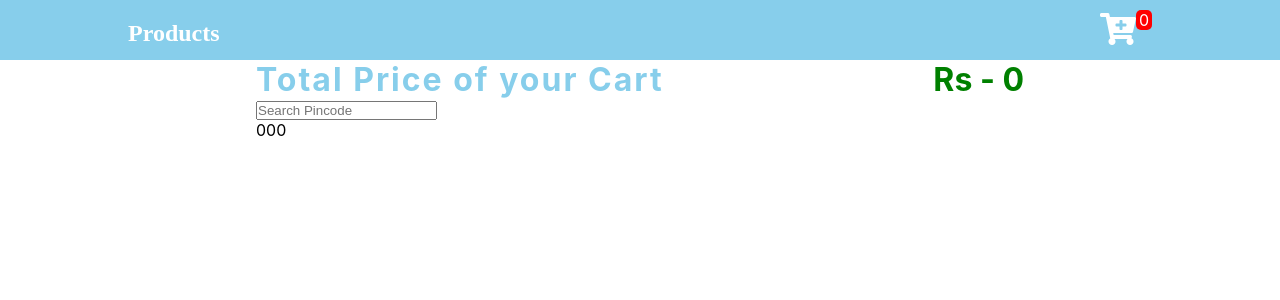
Repository: Imprasna/react-ecommerce
Page: /, after clicking the first element matching `div.cart`
These files come from the project's save history. The page is drawn as it stood at one moment and after a run of saves; the edit follows.
The browser window is 1280 px wide. The pictures show the whole page.
Some web libraries are served in a nearby version. The project was rebuilt for these pictures with package versions that can differ from the ones it lists, and the page was loaded fresh each time.

Above is the page before, as saved 2022-06-14 05:51:50.

### public/index.html
<!DOCTYPE html>
<html lang="en">
  <head>
    <meta charset="utf-8" />
    <link rel="icon" href="%PUBLIC_URL%/favicon.ico" />
    <meta name="viewport" content="width=device-width, initial-scale=1" />
    <meta name="theme-color" content="#000000" />
    <meta
      name="description"
      content="Web site created using create-react-app"
    />
    <link
    rel="stylesheet"
    href="https://pro.fontawesome.com/releases/v5.10.0/css/all.css"
    integrity="sha384-AYmEC3Yw5cVb3ZcuHtOA93w35dYTsvhLPVnYs9eStHfGJvOvKxVfELGroGkvsg+p"
    crossorigin="anonymous"
  />
    <link rel="apple-touch-icon" href="%PUBLIC_URL%/logo192.png" />
    <!--
      manifest.json provides metadata used when your web app is installed on a
      user's mobile device or desktop. See https://developers.google.com/web/fundamentals/web-app-manifest/
    -->
    <link rel="manifest" href="%PUBLIC_URL%/manifest.json" />
    <!--
      Notice the use of %PUBLIC_URL% in the tags above.
      It will be replaced with the URL of the `public` folder during the build.
      Only files inside the `public` folder can be referenced from the HTML.

      Unlike "/favicon.ico" or "favicon.ico", "%PUBLIC_URL%/favicon.ico" will
      work correctly both with client-side routing and a non-root public URL.
      Learn how to configure a non-root public URL by running `npm run build`.
    -->
    <title>React App</title>
  </head>
  <body>
    <noscript>You need to enable JavaScript to run this app.</noscript>
    <div id="root"></div>
    <!--
      This HTML file is a template.
      If you open it directly in the browser, you will see an empty page.

      You can add webfonts, meta tags, or analytics to this file.
      The build step will place the bundled scripts into the <body> tag.

      To begin the development, run `npm start` or `yarn start`.
      To create a production bundle, use `npm run build` or `yarn build`.
    -->
  </body>
</html>

### src/App.js
import React, { useState } from "react";
import ProductList from "./components/ProductsList";
import Navbar from "./components/Navbar";
import Cart from "./components/Cart";

const App = () => {
  const [show, setShow] = useState(true);
  const [cart, setCart] = useState([]);

  const handleClick = (item) => {
    if (cart.indexOf(item) !== -1) return;
    setCart([...cart, item]);

    console.log(item)
    localStorage.setItem("productsInCart", JSON.stringify(item));
    // localStorage.setItem("added data", cart)
  };

  const handleChange = (item, d) => {
    const ind = cart.indexOf(item);
    const arr = cart;
    arr[ind].amount += d;

    if (arr[ind].amount === 0) arr[ind].amount = 1;
    setCart([...arr]);
  };

  // useEffect(() => {
  //   console.log("cart change");
  // }, [cart]);

  return (
    <React.Fragment>
      <Navbar setShow={setShow} size={cart.length} />
      {show ? (
        <ProductList handleClick={handleClick} />
      ) : (
        <Cart cart={cart} setCart={setCart} handleChange={handleChange} />
      )}
    </React.Fragment>
  );
};

export default App;

### src/components/ProductsList.js
import React from "react";
import list from "../products";
import Cards from "../components/Cards";
import "../components/css/ProductList.css";

const ProductsList = ({ handleClick }) => {
  return (
    <section>
      {list.map((item) => (
        <Cards key={item.id} item={item} handleClick={handleClick} />
      ))}
    </section>
  );
};

export default ProductsList;

### src/components/Navbar.js
import React from "react";
import "../components/css/navbar.css";

const Navbar = ({ setShow, size }) => {
  return (
    <nav>
      <div className="nav_box">
        <span className="my_shop" onClick={() => setShow(true)}>
         Products
        </span>
        <div className="cart" onClick={() => setShow(false)}>
          <span>
            <i className="fas fa-cart-plus"></i>
          </span>
          <span>{size}</span>
        </div>
      </div>
    </nav>
  );
};

export default Navbar;

### src/components/Cart.js
import React, { useState, useEffect } from "react";
import "../components/css/cart.css";
import Pincode from '../pincodes.json';

const Cart = ({ cart, setCart, handleChange }) => {
  const [price, setPrice] = useState(0);

  const handleRemove = (id) => {
    const arr = cart.filter((item) => item.id !== id);
    setCart(arr);
    handlePrice();
  };

  const handlePrice = () => {
    let ans = 0;
    cart.map((item) => (ans += item.amount * item.price));
    console.log(cart.map((item) => (item.amount * item.price)))
    setPrice(ans);
  };

  useEffect(() => {
    handlePrice();
  });

  return (
    <article>
      {cart.map((item) => (
        <div className="cart_box" key={item.id}>
          <div className="cart_img">
            <img src={item.image} alt="" />
            <p>{item.name}</p>
          </div>

          {/* <ul>
           <li> {Pincode.map(pin =>
           {
            {pin.code} {pin.charge}
           })}
           </li>
          </ul> */}
          <div>
            <button type="button" onClick={() => handleChange(item, 1)}>+</button>
            <button>{item.amount}</button>
            <button type="button" onClick={() => handleChange(item, -1)}>-</button>
          </div>
          <div>
            <span>{item.price}</span>
            <button type="button" onClick={() => handleRemove(item.id)}>Remove</button>
          </div>
        </div>
      ))}
      <div className="total">
        <span>Total Price of your Cart</span>
        <span>Rs - {price}</span>
      </div>

      <input type="text" placeholder="Search Pincode"/>

      <div>
            {Pincode.map((pin) =>
            (
              <p> {pin.code} </p> |
              <p> {pin.charge} </p>
      ))}
          </div>
    </article>
  );
};

export default Cart;

### src/products.js


const data = [


	{    "id":1,
		"name": "Product 1",
		"price": 877,
		"availability": 3,
		"image": "https://picsum.photos/200/300",
		"amount":1
	},
	{
		"id":2,
		"name": "Product 2",
		"price": 500,
		"availability": 1,
		"image": "https://picsum.photos/200/300",
		"amount":1

	},
	{
		"id":3,
		"name": "Product 3",
		"price": 990,
		"availability": 2,
		"image": "https://picsum.photos/200/300",
		"amount":1

	},
	{
		"id":4,
		"name": "Product 4",
		"price": 1500,
		"availability": 0,
		"image": "https://picsum.photos/200/300",
		"amount":1
	}]

	export default data

### src/components/Cards.js
import React from "react";

const Cards = ({ item, handleClick }) => {
  const { name, availability, price, image } = item;
  return (
    <div className="cards">
      <div className="image_box">
        <img src={image} alt="" />
      </div>
      <div className="details">
        <p>{name}</p>
        <p>{availability}</p>
        <p>Price - {price}Rs</p>
        <button type="button" onClick={() => handleClick(item)}>Add to Cart</button>
      </div>
    </div>
  );
};

export default Cards;

// id, title, autor, price, img

### src/components/css/ProductList.css
* {
    margin: 0;
    padding: 0;
  }
  section {
    width: 80%;
    margin: auto;
    margin-top: 5%;
    display: grid;
    grid-template-columns: repeat(3, 1fr);
    grid-template-rows: auto;
  }
  .cards {
    width: 250px;
    padding: 20px;
  }
  .cards:hover {
    box-shadow: 0 10px 10px 10px rbga(0, 0, 0, 0.1);
    cursor: pointer;
  }
  .image_box img {
    width: 150px;
    height: 200px;
  }

  .image_box img {
    width: 150px;
    height: 200px;
  }
  .details p:nth-child(1) {
    font-weight: bold;
  }
  .details p:nth-child(2) {
    color: grey;
    font-size: 0.8rem;
  }
  .details p:nth-child(3) {
    font-weight: bolx;
    color: grey;
  }
  .details button {
    padding: 5px 10px;
    border: none;
    font-weight: bold;
    background-color: skyblue;
    outline: none;
  }

### src/components/css/navbar.css
* {
    margin: 0;
    padding: 0;
  }

  nav {
    width: 100%;
    height: 60px;
    background-color: skyblue;
  }

  .nav_box {
    width: 80%;
    margin: auto;
    display: flex;
    align-items: center;
    justify-content: space-between;
    line-height: 60px;
  }
  .my_shop {
    font-size: 1.5rem;
    font-weight: bold;
    color: white;
    font-family: cursive;
    cursor: pointer;
  }
  .cart {
    cursor: pointer;
  }
  .cart span:nth-child(1) {
    font-size: 2rem;
    color: white;
  }
  .cart span:nth-child(2) {
    padding: 0 3px;
    background-color: red;
    color: white;
    font-weight: bolx;
    border-radius: 5px;
    position: relative;
    top: -15px;
  }

### src/components/css/cart.css
* {
    margin: 0;
    padding: 0;
  }

  article {
    width: 60%;
    margin: auto;
  }

  .cart_box img {
    width: 50px;
    height: 50px;
  }
  .cart_img {
    display: flex;
    width: 400px;
  }

  .cart_img p {
    font-weight: bold;
    margin-left: 10px;
  }

  .cart_box {
    display: flex;
    align-items: center;
    justify-content: space-between;
    margin-top: 20px;
    border-bottom: 2px solid skyblue;
    padding-bottom: 5px;
  }

  .cart_box div:nth-child(2) button {
    padding: 5px 10px;
    font-weight: bold;
    margin-right: 5px;
  }

  .cart_box div:nth-child(3) button {
    padding: 5px 10px;
    font-weight: bold;
    letter-spacing: 2px;
    border: none;
    outline: none;
    color: white;
    background-color: skyblue;
    border-radius: 5px;
    cursor: pointer;
  }
  .cart_box div:nth-child(3) button:hover {
    background-color: darkseagreen;
  }
  .cart_box div:nth-child(3) span {
    background-color: lightgreen;
    padding: 5px 10px;
    border-radius: 5px;
    margin-right: 10px;
  }

  .total {
    display: flex;
    justify-content: space-between;
  }

  .total span:nth-child(1) {
    font-size: 2rem;
    color: skyblue;
    font-weight: bold;
    letter-spacing: 2px;
  }

  .total span:nth-child(2) {
    font-size: 2rem;
    color: green;
    font-weight: bold;
  }

### src/pincodes.json
[
	{
		"code": 641001,
		"charge": 0
	},
	{
		"code": 641002,
		"charge": 10
	},
	{
		"code": 641003,
		"charge": 50
	}
]

Loaded but not shown: src/index.js (common file); src/index.css (common file); src/reportWebVitals.js (common file)

After the next 2 saves:
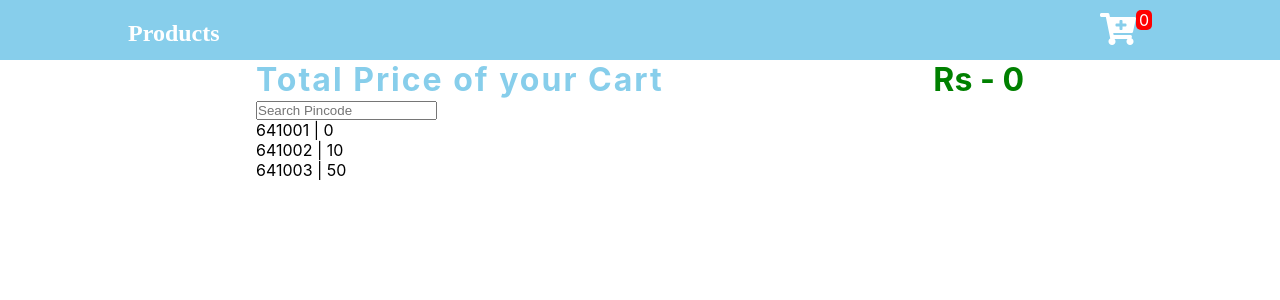
The 2 saves are shown as one change because they came seconds apart.
The last was saved 17 s later.
--- a/src/components/Cart.js
+++ b/src/components/Cart.js
@@ -59,8 +59,7 @@ const Cart = ({ cart, setCart, handleChange }) => {
       <div>
             {Pincode.map((pin) =>
             (
-              <p> {pin.code} </p> |
-              <p> {pin.charge} </p>
+              <p> {pin.code} | {pin.charge} </p>
       ))}
           </div>
     </article>
